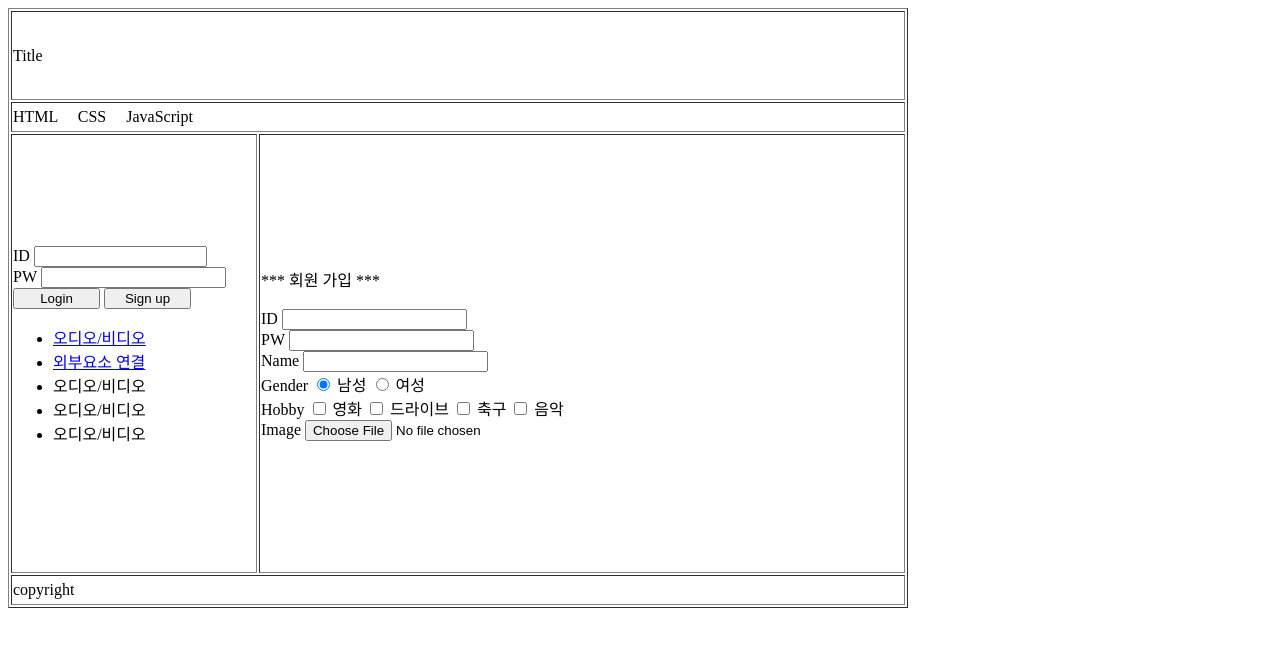
Repository: Hwangjiwon/MultiCampus
Page: http://localhost/2Study/jsp/member_insert.jsp
The author's editor kept a copy of each file at every save. The page is drawn from the files as they stood at one save, then again after the next save.
The browser window is 1280 px wide. The pictures show the whole page.
The page is served by Tomcat 9.

Above is the page before, as saved 2019-05-31 02:09:26.

After the next save:
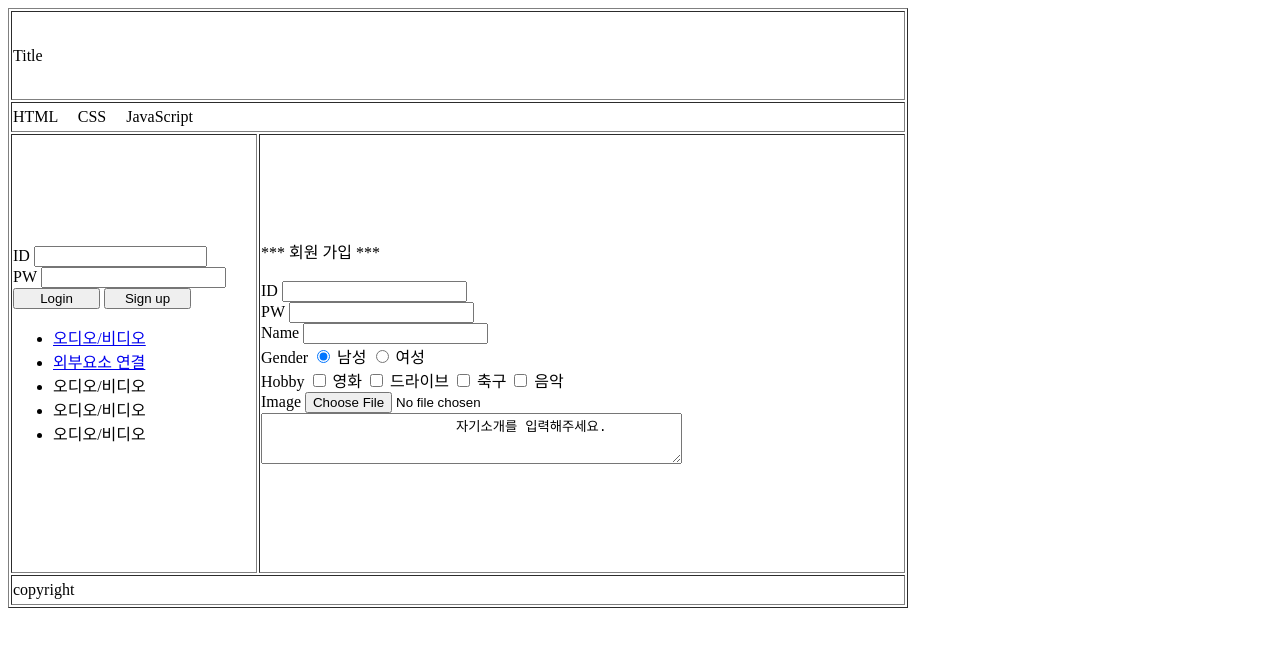
Saved 14 min 56 s later.
--- a/2Study/WebContent/jsp/member_insert.jsp
+++ b/2Study/WebContent/jsp/member_insert.jsp
@@ -18,6 +18,10 @@
 			<input type ="checkbox" name = "hobby" value = "soccer" /> 축구
 			<input type ="checkbox" name = "hobby" value = "music" /> 음악 <br>
 		Image <input type = "file" name = "filename" > <br>
+		<textarea rows = "3" cols ="50" name ="memo">
+			자기소개를 입력해주세요.
+		</textarea>
+
 	</form>
 </td>
 </tr>
